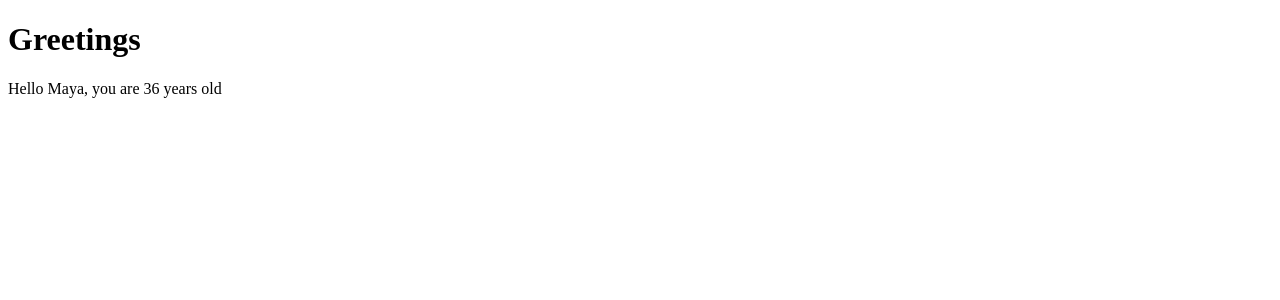
Repository: LordThiouk/part1
Page: /
The author's editor kept a copy of each file at every save. The page is drawn from the files as they stood at one save, then again after the next save.
The browser window is 1280 px wide. The pictures show the whole page.
The project was rebuilt for these pictures with package versions that can differ from the ones it lists, and the page was loaded fresh each time. Also part of the build but not shown: vite.config.js.

Above is the page before, as saved 2023-09-15 01:26:02.

After the next save:
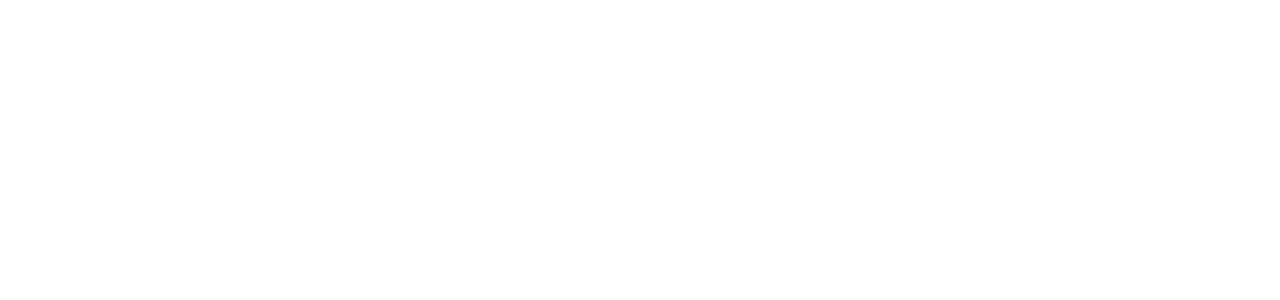
Console error: ReferenceError: Footer is not defined
Saved 17 s later.
--- a/src/App.jsx
+++ b/src/App.jsx
@@ -29,7 +29,7 @@
       <h1>Greetings</h1>
 
       <Hello name='Maya' age={26 + 10} />
-      <footer />
+      <Footer />
     </>
   )
 }

After the save that followed:
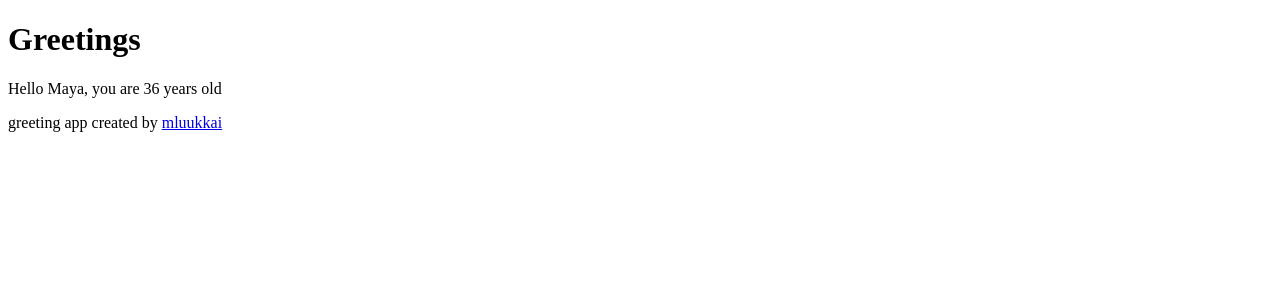
The error is gone.
Saved 9 s later.
--- a/src/App.jsx
+++ b/src/App.jsx
@@ -11,7 +11,7 @@
   )
 }
 
-const footer = () => {
+const Footer = () => {
   return (
     <div>
       greeting app created by <a href='https://github.com/mluukkai'>mluukkai</a>
